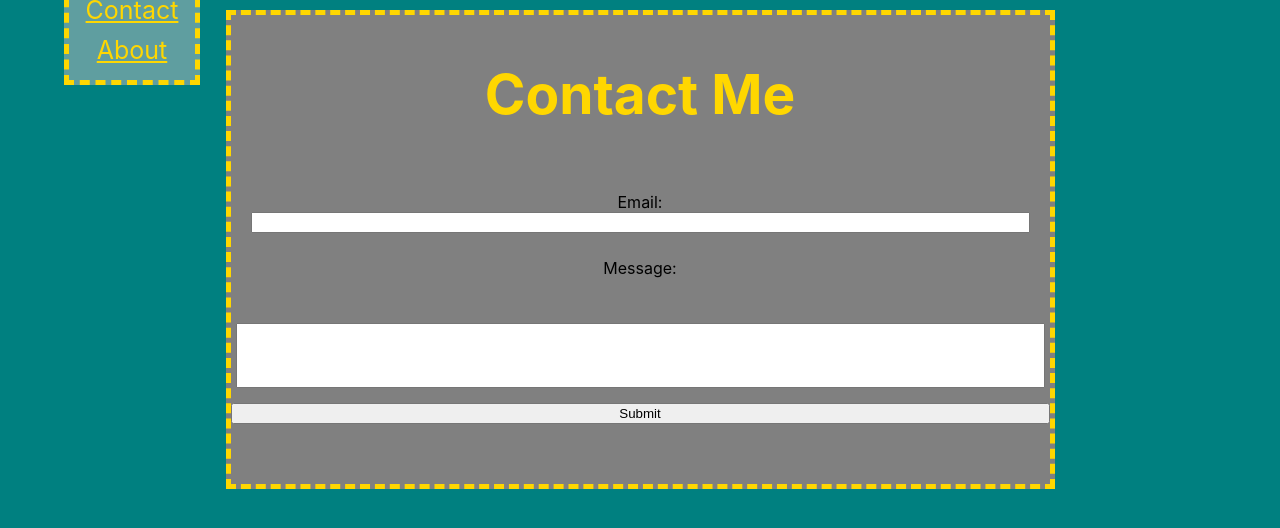
Repository: zeidalidiez/portfolioreact
Page: /Contact
An editor plug-in stored every save of this project. The page is shown before and after the next save, followed by the edit.
The browser window is 1280 px wide. The pictures show the whole page.
The project was rebuilt for these pictures with package versions that can differ from the ones it lists, and the page was loaded fresh each time. Also part of the build but not shown: src/components/Thumbnail.js, src/components/Projects.js, src/components/About.js.

Above is the page before, as saved 2021-02-08 18:18:53.

After the next save:
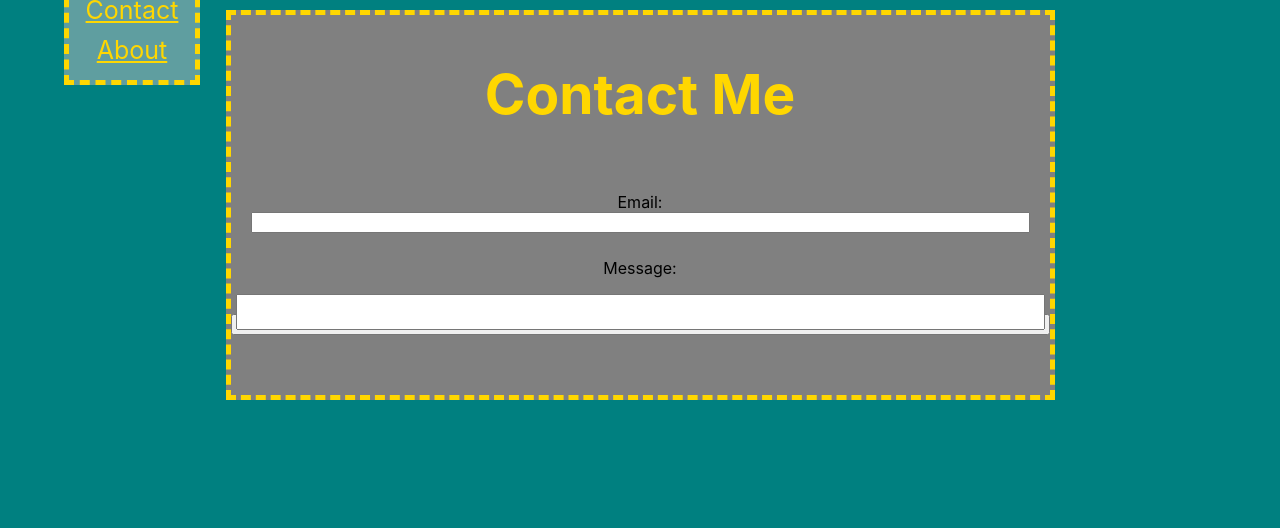
Saved 11 s later.
--- a/src/components/App.css
+++ b/src/components/App.css
@@ -124,7 +124,7 @@
 .messageInput {
   width: 100%;
   box-sizing: border-box;
-  height: 150px;
+  height: 150%;
   border-radius: 4px;
   resize: none;
 }

After the save that followed:
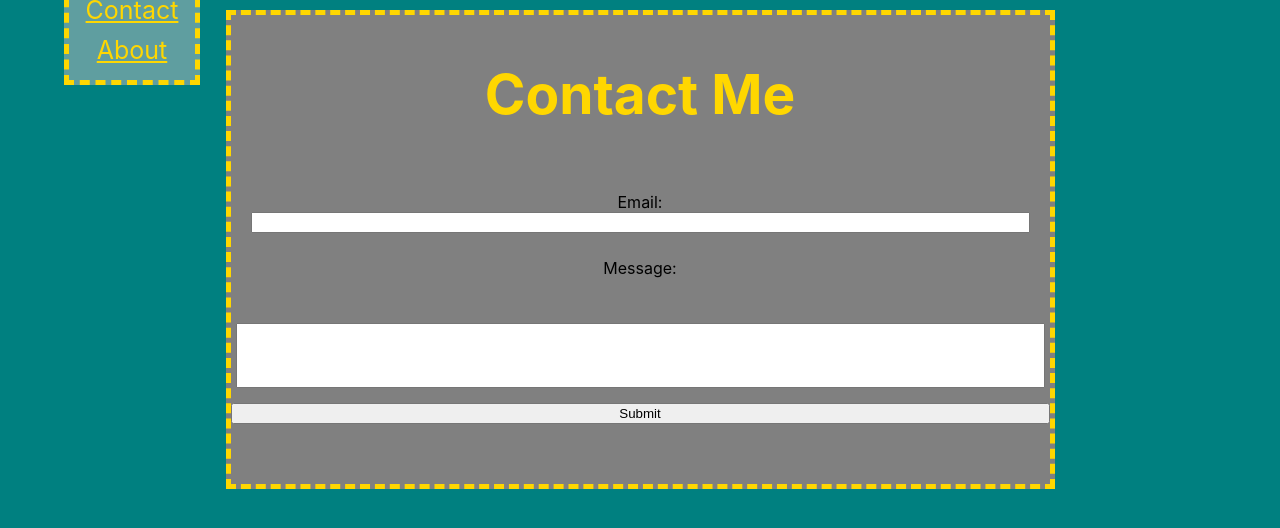
Saved 4 s later.
--- a/src/components/App.css
+++ b/src/components/App.css
@@ -124,7 +124,7 @@
 .messageInput {
   width: 100%;
   box-sizing: border-box;
-  height: 150%;
+  height: 150px;
   border-radius: 4px;
   resize: none;
 }
